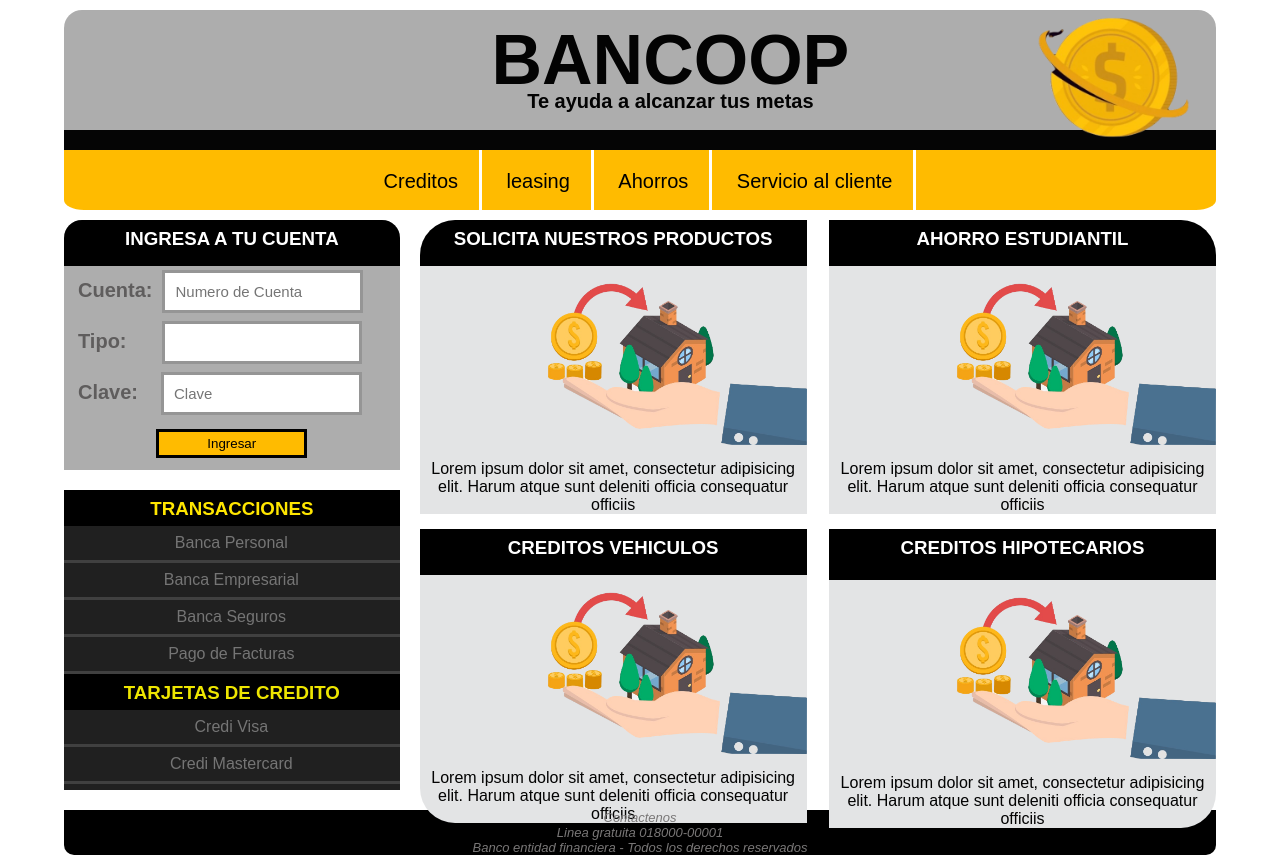
Repository: NickArregoces/BANCOOP
Page: Index.html
An editor plug-in stored every save of this project. The page is shown before and after a run of saves, followed by the edit.
The browser window is 1280 px wide. The pictures show the whole page.

Above is the page before, as saved 2021-10-04 17:40:21.

After the next 6 saves:
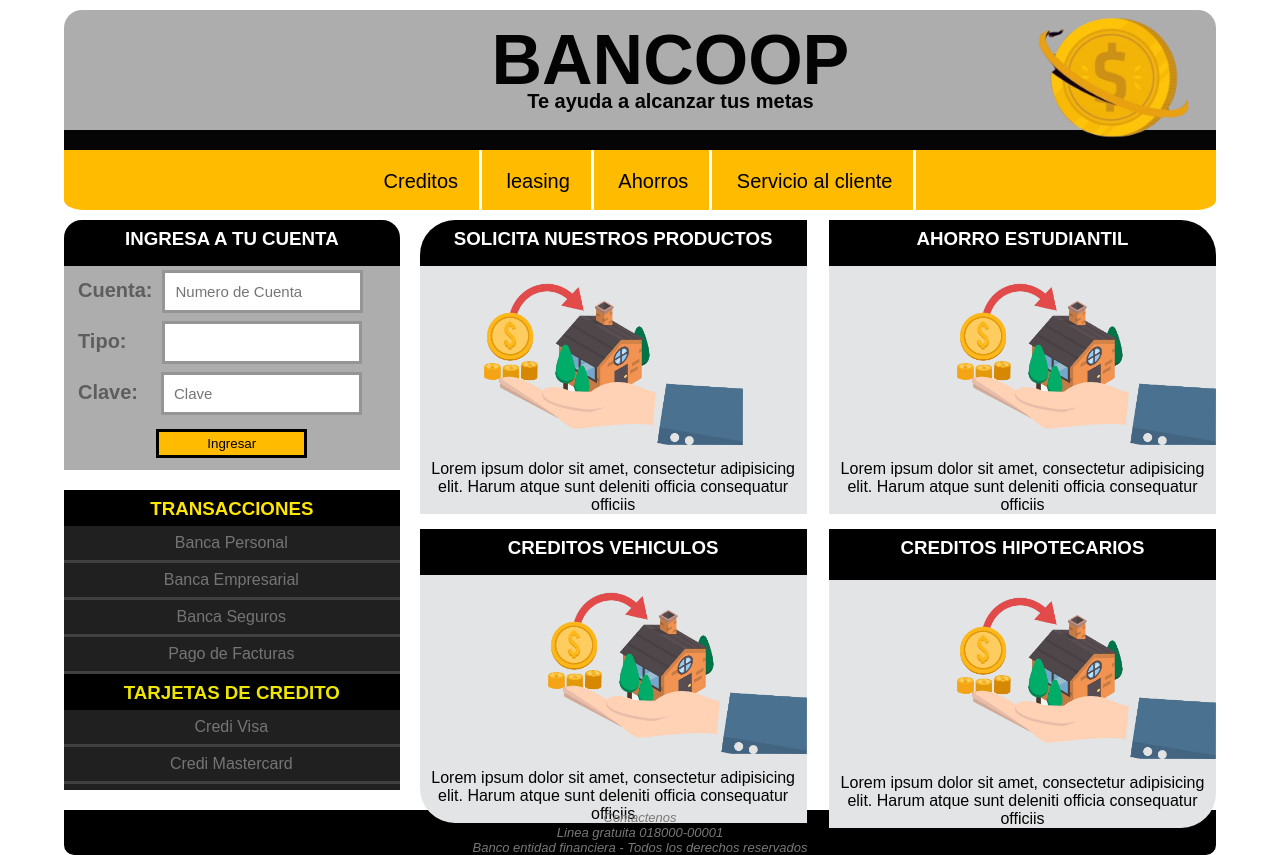
The 6 saves are shown as one change because they came seconds apart.
The last was saved 12 s later.
--- a/CSS/Style.css
+++ b/CSS/Style.css
@@ -185,7 +185,11 @@ aside{
         text-align:center;
 
     }
-    #{}
+    #Prueba{
+        display: flex;
+        align-items: center;
+        justify-content: center;
+    }
         div.solicita img {
             width: 260px;
             margin-top: 15px;
